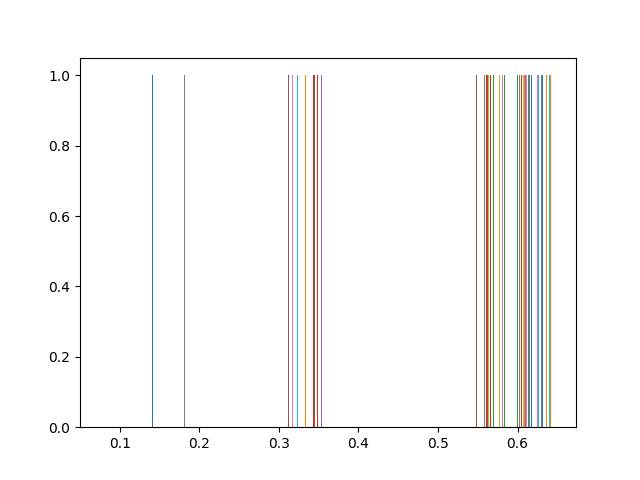
Repository: Rik-Fox/paavi
Script's output: python random_choices.py
An editor plug-in stored every save of this project. The script's output is shown before and after the next save, followed by the edit.
Random numbers start from a fixed seed.

Above is the script's output before, as saved 2022-02-02 15:26:56.

### random_choices.py
import random
import matplotlib.pyplot as plt

x = [random.random() for i in range(5)]

samp = [random.choices(x, weights=x) for i in range(100)]
print(x)
plt.hist(samp)
plt.show()

After the next save:
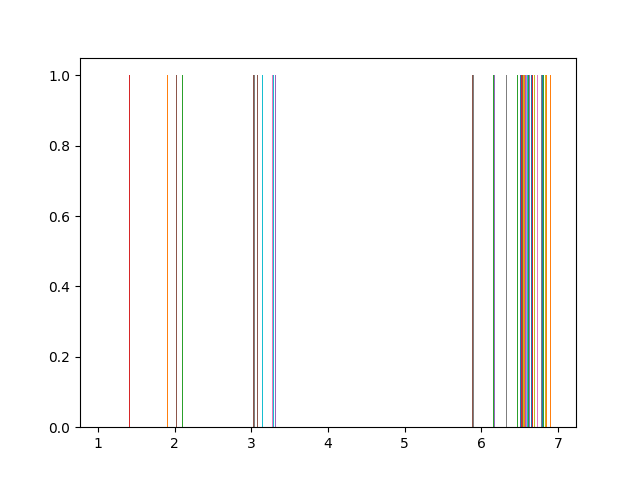
Saved 57 s later.
--- a/random_choices.py
+++ b/random_choices.py
@@ -1,7 +1,7 @@
 import random
 import matplotlib.pyplot as plt
 
-x = [random.random() for i in range(5)]
+x = [random.randint(1, 10) for i in range(5)]
 
 samp = [random.choices(x, weights=x) for i in range(100)]
 print(x)
